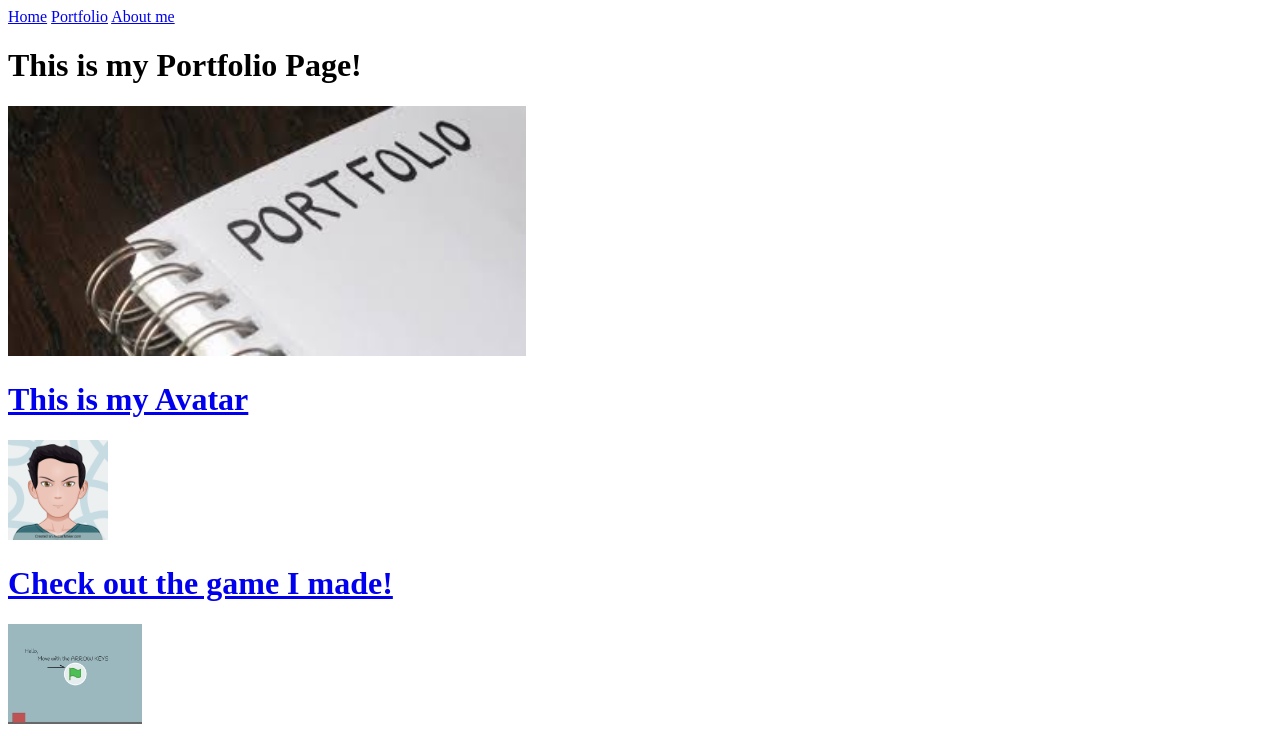
Repository: mdiaz2319/mdiaz2319.github.io
Page: my_website/portfolio.html
The author's editor kept a record of every edit. The page is drawn from the files as they stood at one moment, then again after the next edit.
The browser window is 1280 px wide. The pictures show the whole page.

Above is the page before.

### my_website/portfolio.html
<!doctype html>
	<html lang="en">
	  <head>
	    <meta charset="utf-8">
	    <title>Portfolio</title>
	  </head>
	  <body>
    <a href="index.html">Home</a>
    <a href="portfolio.html">Portfolio</a>
    <a href="aboutme.html">About me</a>
    <h1>This is my Portfolio Page!</h1>
    <img src="images/portfolio.jpg" height="250">
    <br>
    <a target="_blank" href="https://scratch.mit.edu">
         <h1>This is my Avatar </h1>
      <img src="images/gravatar.png" height="100">
       <h1>Check out the game I made!</h1>
         <img src="images/Scratch project.PNG" height="100">
    </a>
	  </body>
	</html>

After the next edit:
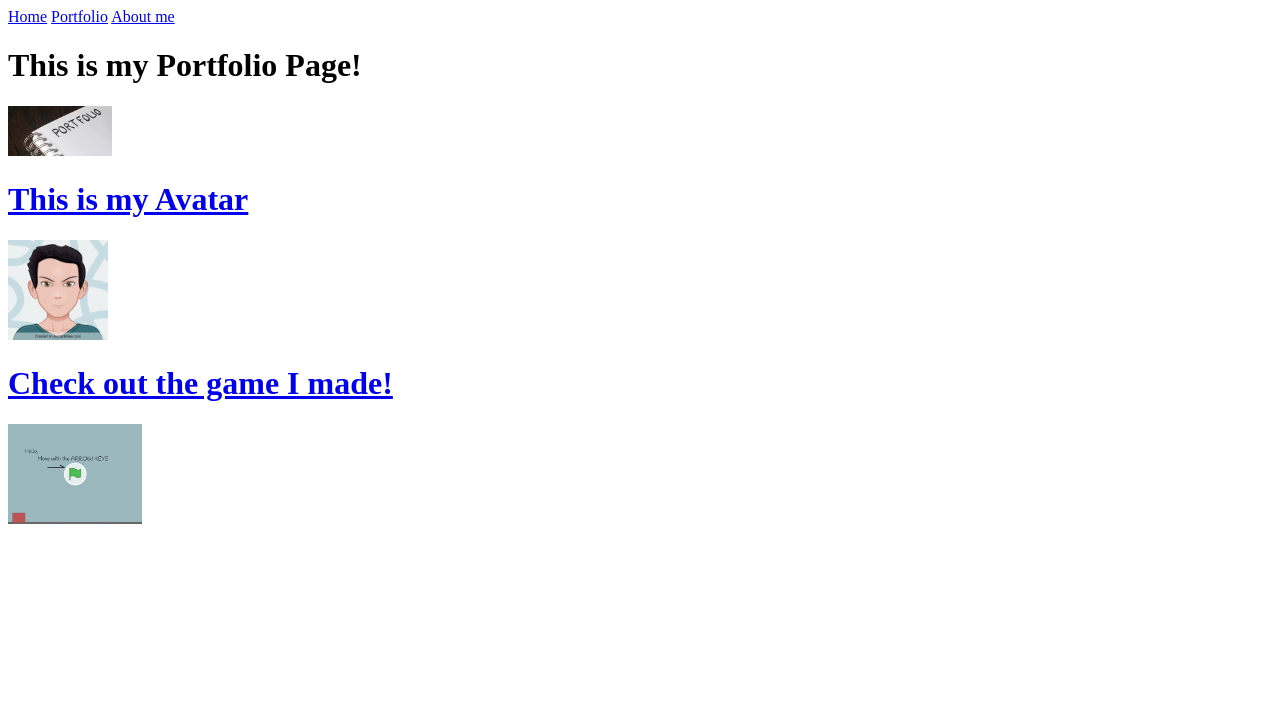
The edit:
--- a/my_website/portfolio.html
+++ b/my_website/portfolio.html
@@ -9,7 +9,7 @@
     <a href="portfolio.html">Portfolio</a>
     <a href="aboutme.html">About me</a>
     <h1>This is my Portfolio Page!</h1>
-    <img src="images/portfolio.jpg" height="250">
+    <img src="images/portfolio.jpg" height="50">
     <br>
     <a target="_blank" href="https://scratch.mit.edu">
          <h1>This is my Avatar </h1>
